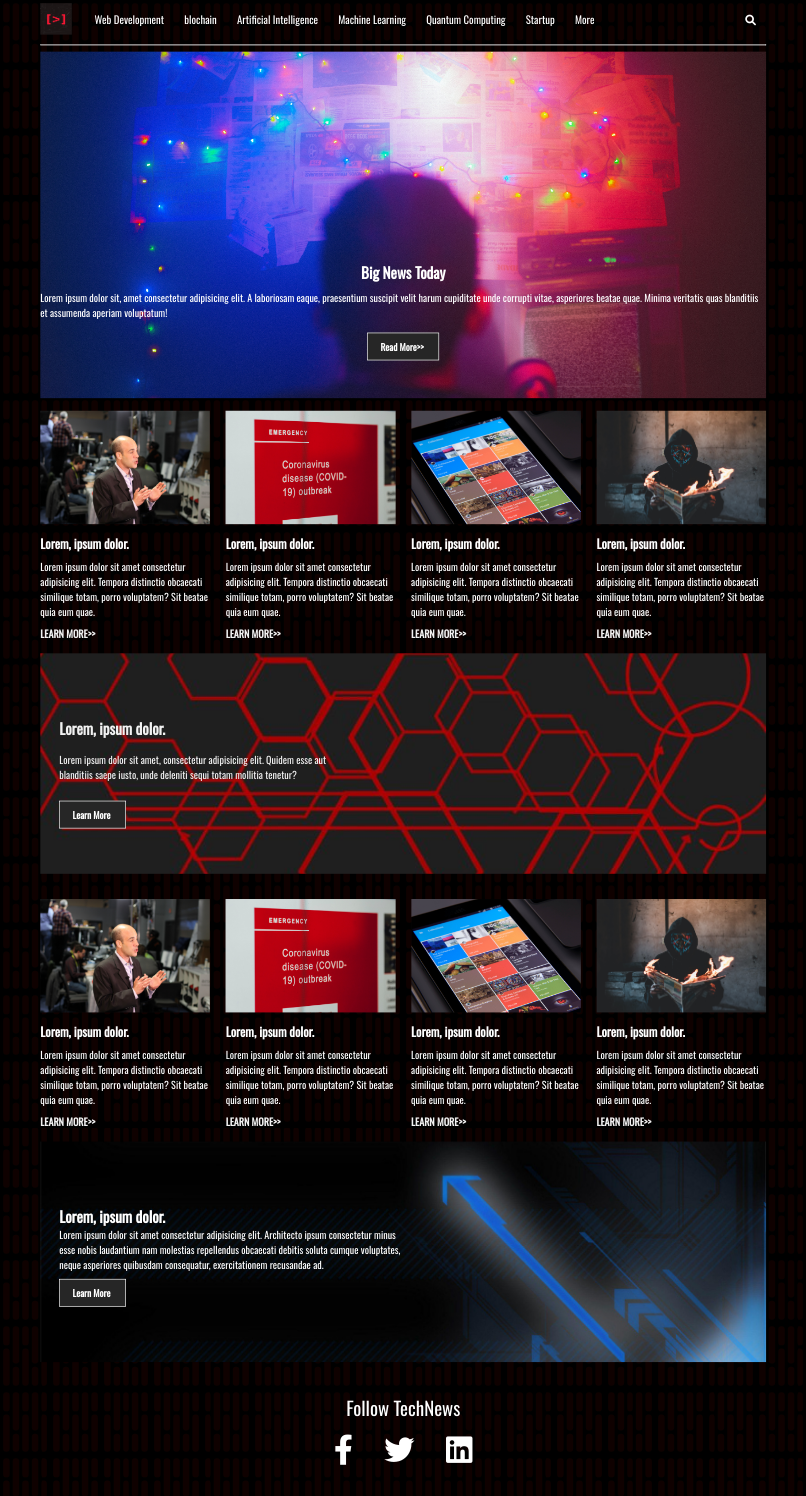
Repository: NickArregoces/News_Web
Page: index.html
These files come from the project's save history. The page is drawn as it stood at one moment and after the next save; the edit follows.
The browser window is 1280 px wide. The pictures show the whole page, at 63% of full size.

Above is the page before, as saved 2021-12-24 20:12:39.

After the next save:
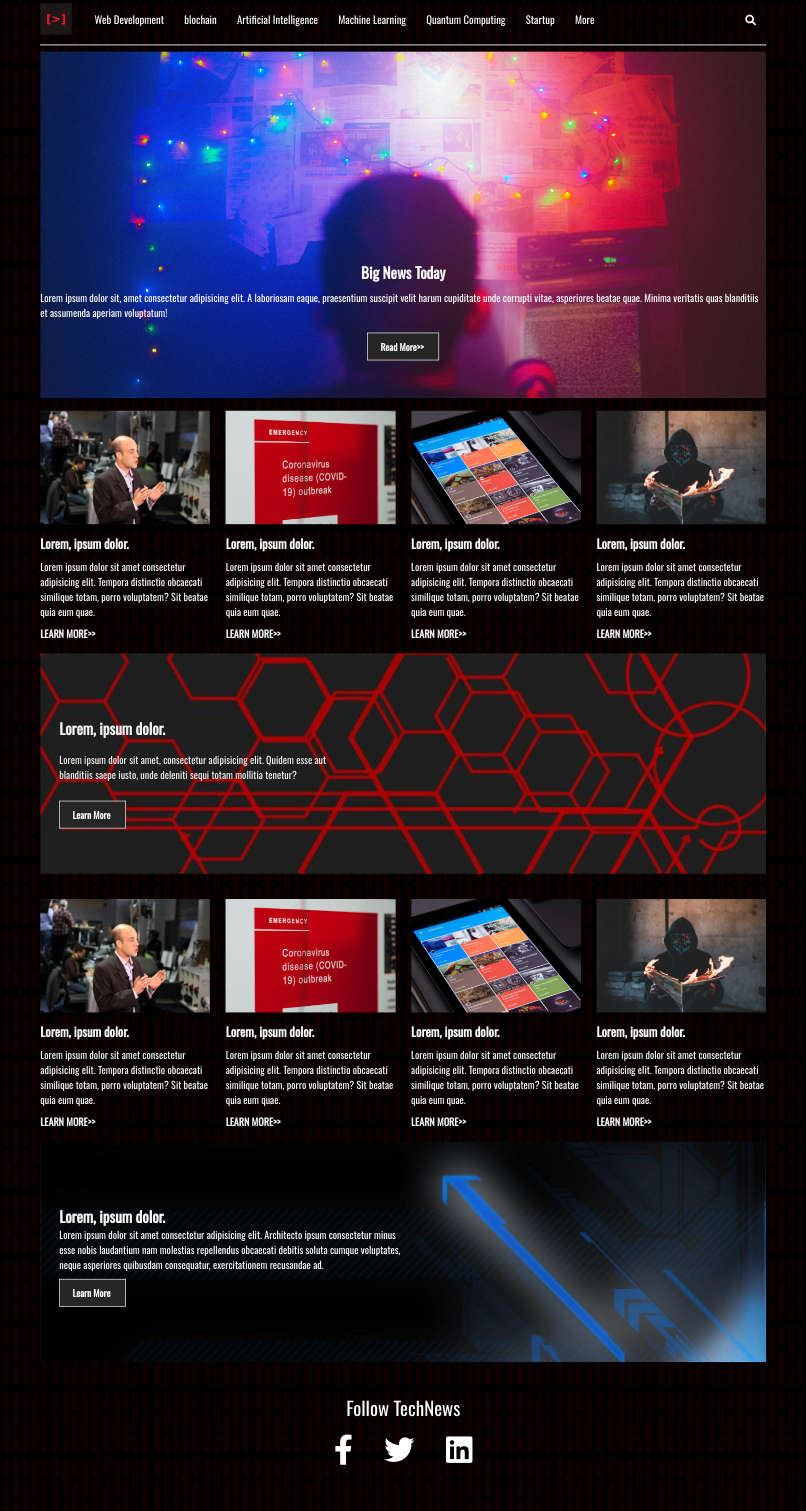
Saved 7 s later.
--- a/index.html
+++ b/index.html
@@ -163,7 +163,9 @@
 
     </div>
 
-    <div class="footer-links"></div>
+    <div class="footer-links">
+        .
+    </div>
 
 </body>
 </html>

After the save that followed:
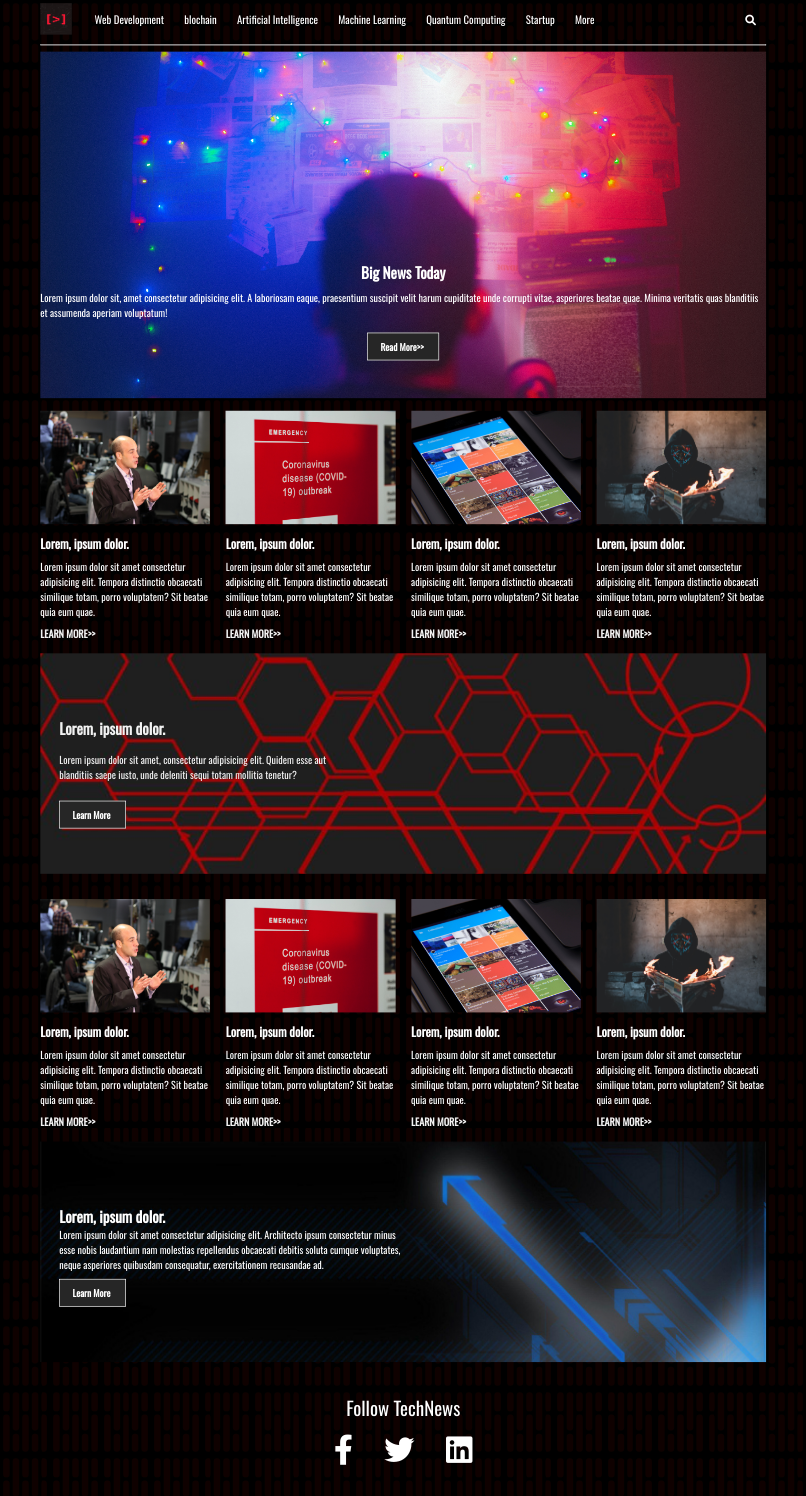
Saved 7 s later.
--- a/index.html
+++ b/index.html
@@ -164,7 +164,9 @@
     </div>
 
     <div class="footer-links">
-        .
+        <div class="footer-container">
+
+        </div>
     </div>
 
 </body>
